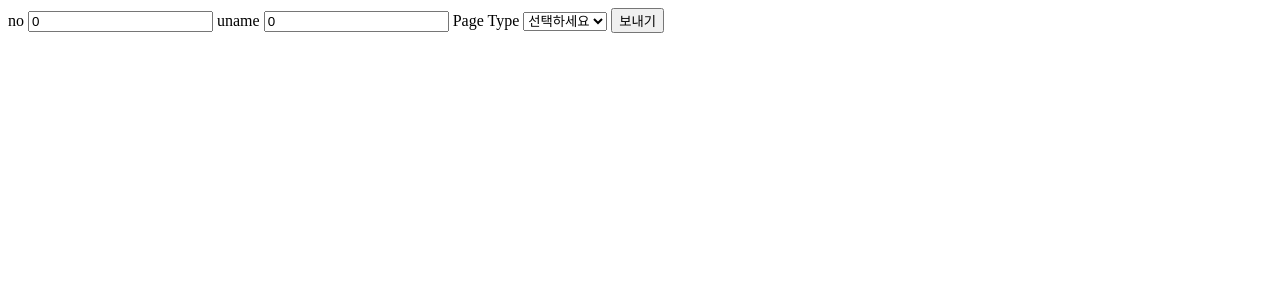
Repository: hhw9797/bitcampjn201904
Page: http://localhost/FirstWeb/actiontag/select.jsp
The author's editor kept a copy of each file at every save. The page is drawn from the files as they stood at one save, then again after the next save.
The browser window is 1280 px wide. The pictures show the whole page.
The page is served by Tomcat 9.

Above is the page before, as saved 2019-06-20 02:52:31.

After the next save:
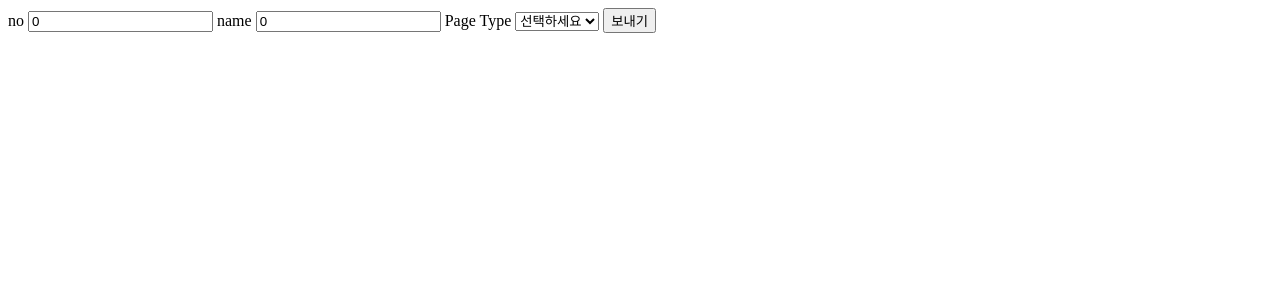
Saved 17 s later.
--- a/html/html5/jsp/FirstWeb/WebContent/actiontag/select.jsp
+++ b/html/html5/jsp/FirstWeb/WebContent/actiontag/select.jsp
@@ -14,7 +14,7 @@
 	<form action="page.jsp" method="get">
 
 		no <input type="text" name="no" value="0">
-		uname <input type="text" name="uname" value="0">
+		name <input type="text" name="uname" value="0">
 
 		Page Type
 		<select name="type">
